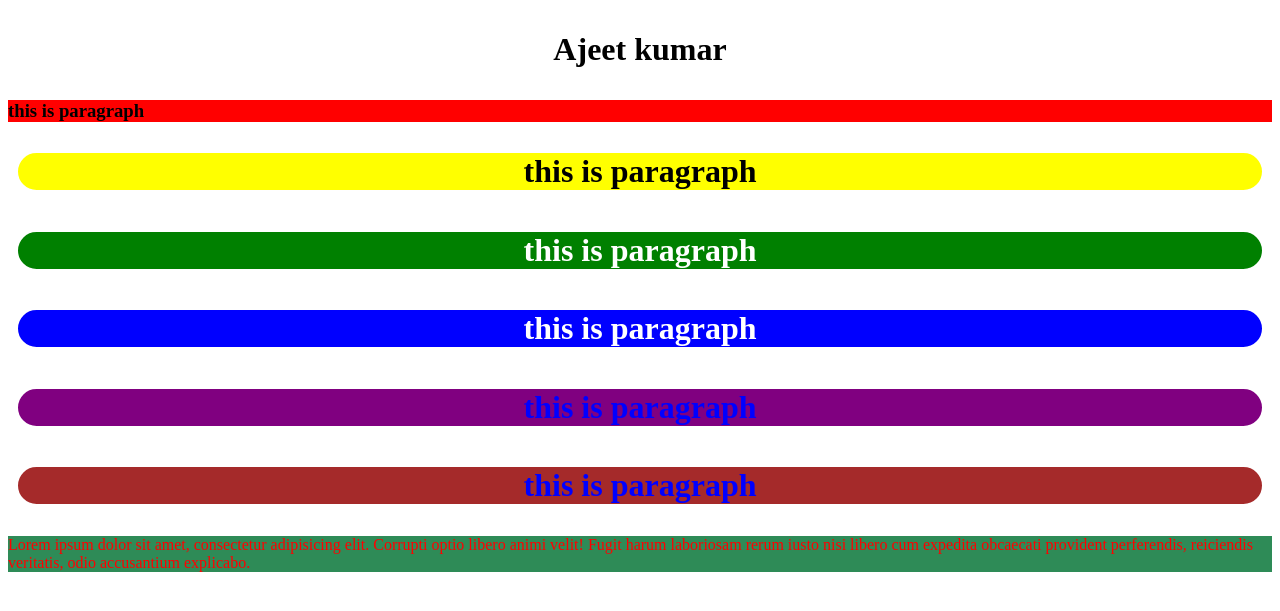
Repository: 1ShivamPandey/shivamajeetcodes
Page: index.html
An editor plug-in stored every save of this project. The page is shown before and after the next save, followed by the edit.
The browser window is 1280 px wide. The pictures show the whole page.

Above is the page before, as saved 2020-09-16 22:07:59.

### index.html
<!DOCTYPE html>
<html lang="en">
  <head>
    <meta charset="UTF-8" />
    <meta name="viewport" content="width=device-width, initial-scale=1.0" />
    <title>Document</title>
  </head>

  <body>
    <h1><b >Ajeet kumar</b></h1>
    <h3 class="text-black" id="background-red">this is paragraph</h1>
    <h1 class="text-black" id="background-yellow">this is paragraph</h1>
    <h1 class="text-white" id="background-green">this is paragraph</h1>
    <h1 class="text-white" id="background-blue">this is paragraph</h1>
    <h1 class="text-blue" id="background-purple">this is paragraph</h1>
    <h1 class="text-blue" id="background-brown">this is paragraph</h1>
    <p>Lorem ipsum dolor sit amet, consectetur adipisicing elit. Corrupti
       optio libero animi velit! Fugit harum laboriosam rerum iusto nisi libero
       cum expedita obcaecati provident perferendis, reiciendis veritatis,
       odio accusantium explicabo.</p>
  </body>

  <style>
    p{
      background-color: seagreen;
      color: red;
    }
    h1 {
      border: 10px solid white;
      text-align: center;
      border-radius: 100px;
    }

    #background-red {
      background-color: red;
    }
    #background-yellow {
      background-color: yellow;
    }
    #background-green {
      background-color: green;
    }
    #background-blue {
      background-color: blue;
    }
    #background-purple {
      background-color: purple;
    }
    #background-brown {
      background-color: brown;
    }

    .text-black {
      color: black;
    }
    .text-white {
      color: white;
    }
    .text-blue {
      color: blue;
    }
  </style>
</html>

After the next save:
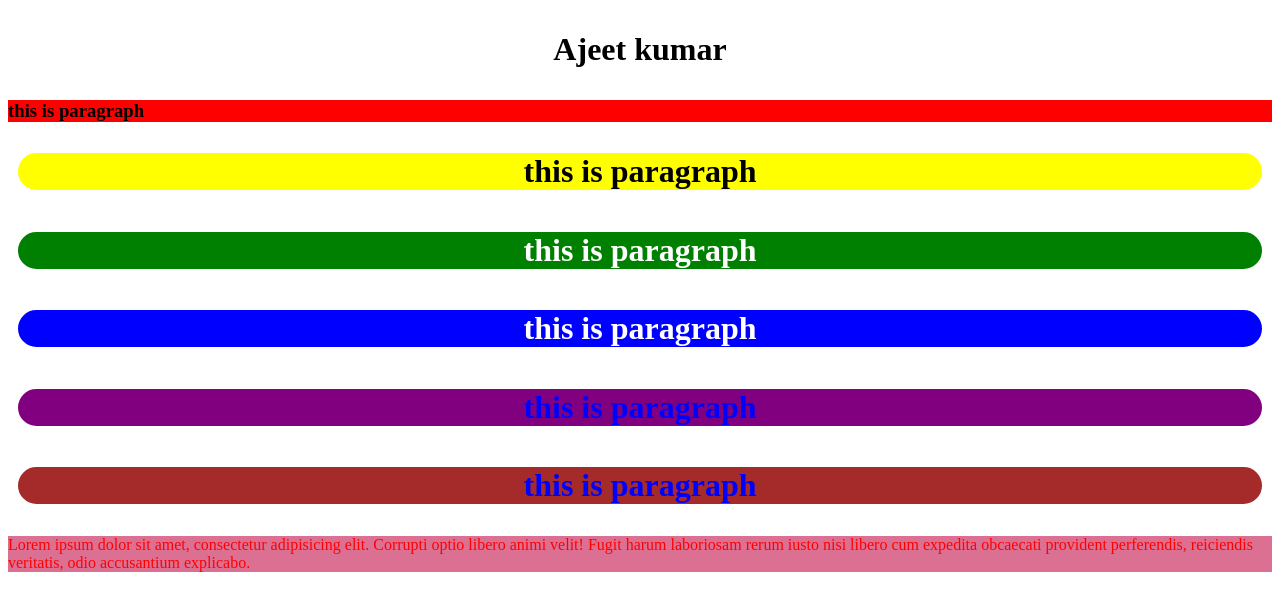
Saved 32 s later.
--- a/index.html
+++ b/index.html
@@ -22,7 +22,7 @@
 
   <style>
     p{
-      background-color: seagreen;
+      background-color: palevioletred;
       color: red;
     }
     h1 {
